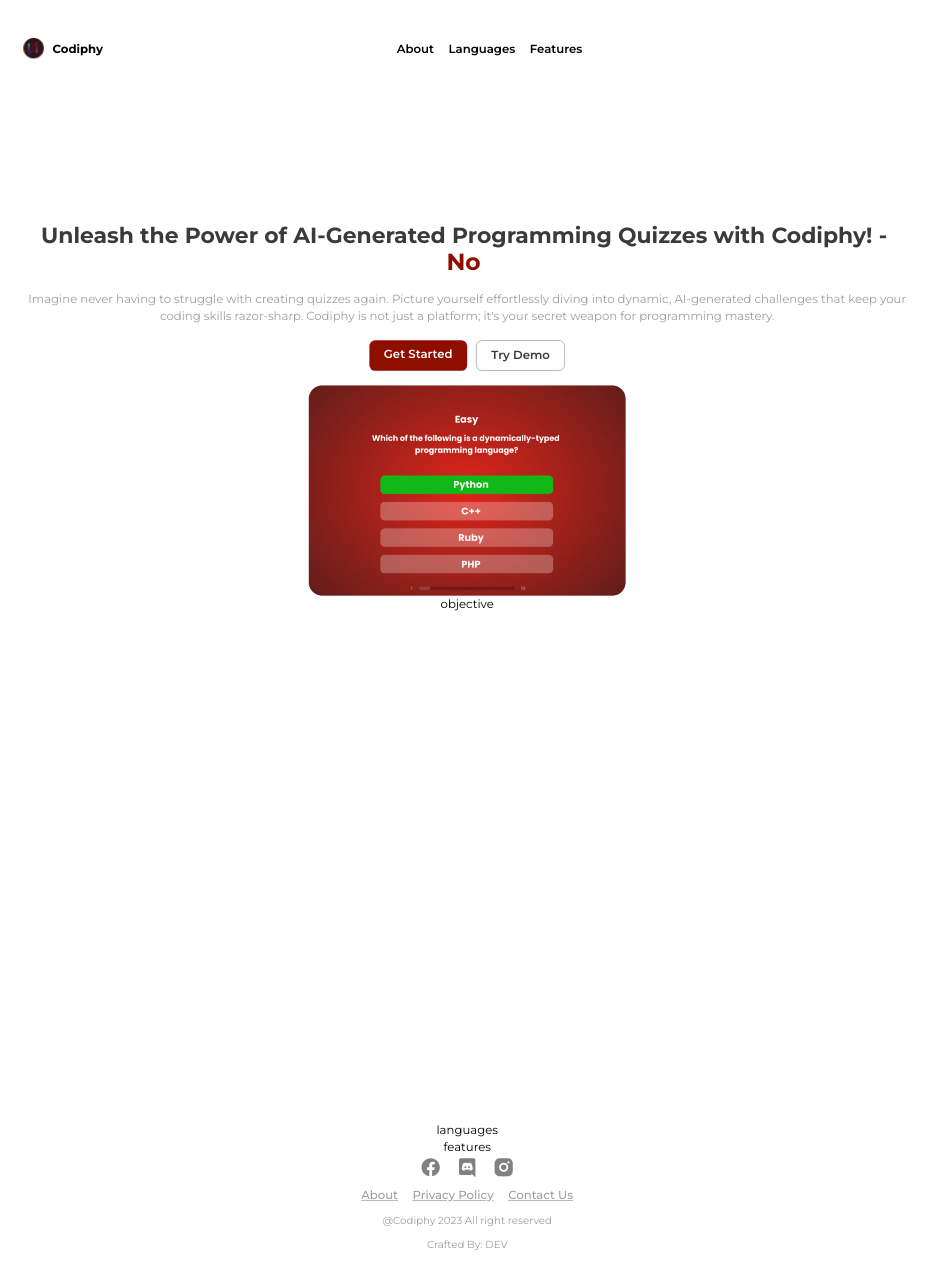
Repository: ddextroo/codiphy
Page: /
These files come from the project's save history. The page is drawn as it stood at one moment and after the next save; the edit follows.
The browser window is 1280 px wide. The pictures show the whole page, at 73% of full size.
The project was rebuilt for these pictures with package versions that can differ from the ones it lists, and the page was loaded fresh each time. Also part of the build but not shown: vite.config.js, src/pages/auth/login.jsx, src/pages/quiz/demo/demo.jsx.

Above is the page before, as saved 2023-12-07 23:51:12.

### index.html
<!doctype html>
<html lang="en">
  <head>
    <meta charset="UTF-8" />
    <link rel="icon" type="image/svg+xml" href="/src/assets/logo.png" />
    <meta name="viewport" content="width=device-width, initial-scale=1.0" />
    <title>Codiphy</title>
  </head>
  <body>
    <div id="root"></div>
    <script type="module" src="/src/main.jsx"></script>
  </body>
</html>

### src/main.jsx
import React from 'react'
import ReactDOM from 'react-dom/client'
import App from './App.jsx'
import Login from './pages/auth/login.jsx'
import Demo from './pages/quiz/demo/demo.jsx'
import './index.css'
import {
  createBrowserRouter,
  RouterProvider,
} from "react-router-dom";
import "./index.css";
const router = createBrowserRouter([
  {
    path: "/",
    element: <App />,
    errorElement: <Error />,
  },
  {
    path: "/login",
    element: <Login />,
    errorElement: <Error />,
  },
  {
    path: "/demo",
    element: <Demo />,
    errorElement: <Error />,
  },
]);


ReactDOM.createRoot(document.getElementById("root")).render(
  <React.StrictMode>
    <RouterProvider router={router} />
  </React.StrictMode>
);

### src/App.jsx
// Importing modules
import React, { useState, useEffect } from "react";
import "./App.css";
import Nav from './pages/landing/nav';
import Hero from './pages/landing/hero';
import Objective from './pages/landing/objective';
import Languages from './pages/landing/languages';
import Features from './pages/landing/features';
import Footer from './pages/landing/footer';

function App() {

  return (
    <div className="App font-montserrat">
      <header className="App-header h-40 md:h-16">
        <Nav/>
      </header>
      <Hero/>
      <Objective/>
      <Languages/>
      <Features/>
      <Footer/>
    </div>
  );
}

export default App;

### src/index.css
@import url('https://fonts.googleapis.com/css2?family=Montserrat:wght@300;400;500;600;700&display=swap');
@tailwind base;
@tailwind components;
@tailwind utilities;


@layer base {
  html {
    @apply scroll-smooth;
  }

}

body {
  margin: 0;
  font-family: -apple-system, BlinkMacSystemFont, 'Segoe UI', 'Roboto', 'Oxygen',
    'Ubuntu', 'Cantarell', 'Fira Sans', 'Droid Sans', 'Helvetica Neue',
    sans-serif;
  -webkit-font-smoothing: antialiased;
  -moz-osx-font-smoothing: grayscale;
}

code {
  font-family: source-code-pro, Menlo, Monaco, Consolas, 'Courier New',
    monospace;
}

### src/App.css
#root {
  max-width: 1280px;
  margin: 0 auto;
  padding: 2rem;
  text-align: center;
}

.logo {
  height: 6em;
  padding: 1.5em;
  will-change: filter;
  transition: filter 300ms;
}
.logo:hover {
  filter: drop-shadow(0 0 2em #646cffaa);
}
.logo.react:hover {
  filter: drop-shadow(0 0 2em #61dafbaa);
}

@keyframes logo-spin {
  from {
    transform: rotate(0deg);
  }
  to {
    transform: rotate(360deg);
  }
}

@media (prefers-reduced-motion: no-preference) {
  a:nth-of-type(2) .logo {
    animation: logo-spin infinite 20s linear;
  }
}

.card {
  padding: 2em;
}

.read-the-docs {
  color: purple;
}

### src/pages/landing/nav.jsx
import { useState } from "react";
import Hamburger from "hamburger-react";
import Logo from "./../../assets/logo.png";

function nav() {
  const [isOpen, setOpen] = useState(false);

  return (
    <nav>
      <div className="flex flex-row justify-between space-x-5">
        <div className="font-bold flex flex-row items-end justify-end gap-3">
          <img src={Logo} className="w-7 h-7"></img>
          Codiphy
        </div>
        <div className="hidden justify-center space-x-5 md:flex md:flex-row items-end">
          <div className="font-semibold cursor-pointer hover:text-colorAccent">
            About
          </div>
          <div className="font-semibold cursor-pointer hover:text-colorAccent">
            Languages
          </div>
          <div className="font-semibold cursor-pointer hover:text-colorAccent">
            Features
          </div>
        </div>
        <div className="visible md:invisible">
          <Hamburger
            size={20}
            color="#3a3a3a"
            toggled={isOpen}
            toggle={setOpen}
            easing="ease-in"
          />
        </div>
      </div>
    </nav>
  );
}

export default nav;

### src/pages/landing/hero.jsx
import React from "react";
import Preview from "./../../assets/hero_preview.png";
import { Outlet, Link } from "react-router-dom";
import { TypeAnimation } from 'react-type-animation';


function hero() {
  return (
    <div className="min-h-screen max-h-full flex flex-col justify-end ">
      <div className="flex flex-col justify-center items-center">
        <div className="text-3xl text-primaryDark font-bold mb-5 text-center">
          Unleash the Power of AI-Generated Programming Quizzes with Codiphy!&nbsp;-&nbsp;
          <TypeAnimation
            sequence={[
              // Same substring at the start will only be typed out once, initially
              "Code Made Simple",
              1000, // wait 1s before replacing "Mice" with "Hamsters"
              "Now Enhanced with AI",
            ]}
            wrapper="span"
            speed={30}
            style={{ fontSize: "2rem", display: "inline-block" }}
            repeat={Infinity}
           className="text-colorAccent"/>
        </div>
        <div className="text-ls text-gray">
          Imagine never having to struggle with creating quizzes again. Picture
          yourself effortlessly diving into dynamic, AI-generated challenges
          that keep your coding skills razor-sharp. Codiphy is not just a
          platform; it's your secret weapon for programming mastery.
        </div>
        <div className="flex flex-row space-x-3 mt-5 mb-5">
          <div className="rounded-lg bg-colorAccent text-primaryLight px-5 py-2 font-semibold cursor-pointer">
            <Link to="/login">Get Started</Link>
          </div>
          <div className="rounded-lg bg-primaryLight text-primaryDark border border-solid border-gray px-5 py-2 font-semibold cursor-pointer hover:bg-colorAccent hover:text-primaryLight">
            <Link to="/demo">Try Demo</Link>
          </div>
        </div>
        <img src={Preview} className="w-auto h-72"></img>
      </div>
      <Outlet />
    </div>
  );
}

export default hero;

### src/pages/landing/objective.jsx
import React from 'react'

function objective() {
  return (
    <div className='min-h-screen'>objective</div>
  )
}

export default objective

### src/pages/landing/languages.jsx
import React from 'react'

function languages() {
  return (
    <div>languages</div>
  )
}

export default languages

### src/pages/landing/features.jsx
import React from 'react'

function features() {
  return (
    <div>features</div>
  )
}

export default features

### src/pages/landing/footer.jsx
import React from 'react'
import { RiFacebookCircleFill } from "react-icons/ri";
import { RiDiscordFill } from "react-icons/ri";
import { RiInstagramFill } from "react-icons/ri";

function footer() {
    return (
        <div>
            <div className='flex flex-row justify-center space-x-5'>
                <RiFacebookCircleFill size={30} color='gray'/>
                <RiDiscordFill size={30} color='gray'/>
                <RiInstagramFill size={30} color='gray'/>
            </div>
            <div className='flex flex-row justify-center space-x-5 mt-3'>
                <div className='text-md font-medium underline text-gray cursor-pointer'>About</div>
                <div className='text-md font-medium underline text-gray cursor-pointer'>Privacy Policy</div>
                <div className='text-md font-medium underline text-gray cursor-pointer'>Contact Us</div>
            </div>
            <div className='text-gray text-sm my-3'>@Codiphy 2023 All right reserved</div>
            <div className='text-gray text-sm my-3'>Crafted By: DEV</div>
        </div>

    )
}

export default footer

### tailwind.config.js
const withMT = require("@material-tailwind/react/utils/withMT");

module.exports = withMT({
  content: [
    './src/**/*.{js,jsx,ts,tsx}',
  ],
  theme: {
    extend:
    {
      fontFamily: {
        'montserrat': ['Montserrat', 'sans-serif'],
      },
      colors: {
        'primaryDark': '#3A3A3A',
        'primaryLight': '#FEFEFE',
        'colorAccent': '#8E0E00',
        'gray': '#9E9E9E',
      },
    },
  },
  plugins: [],
});

After the next save:
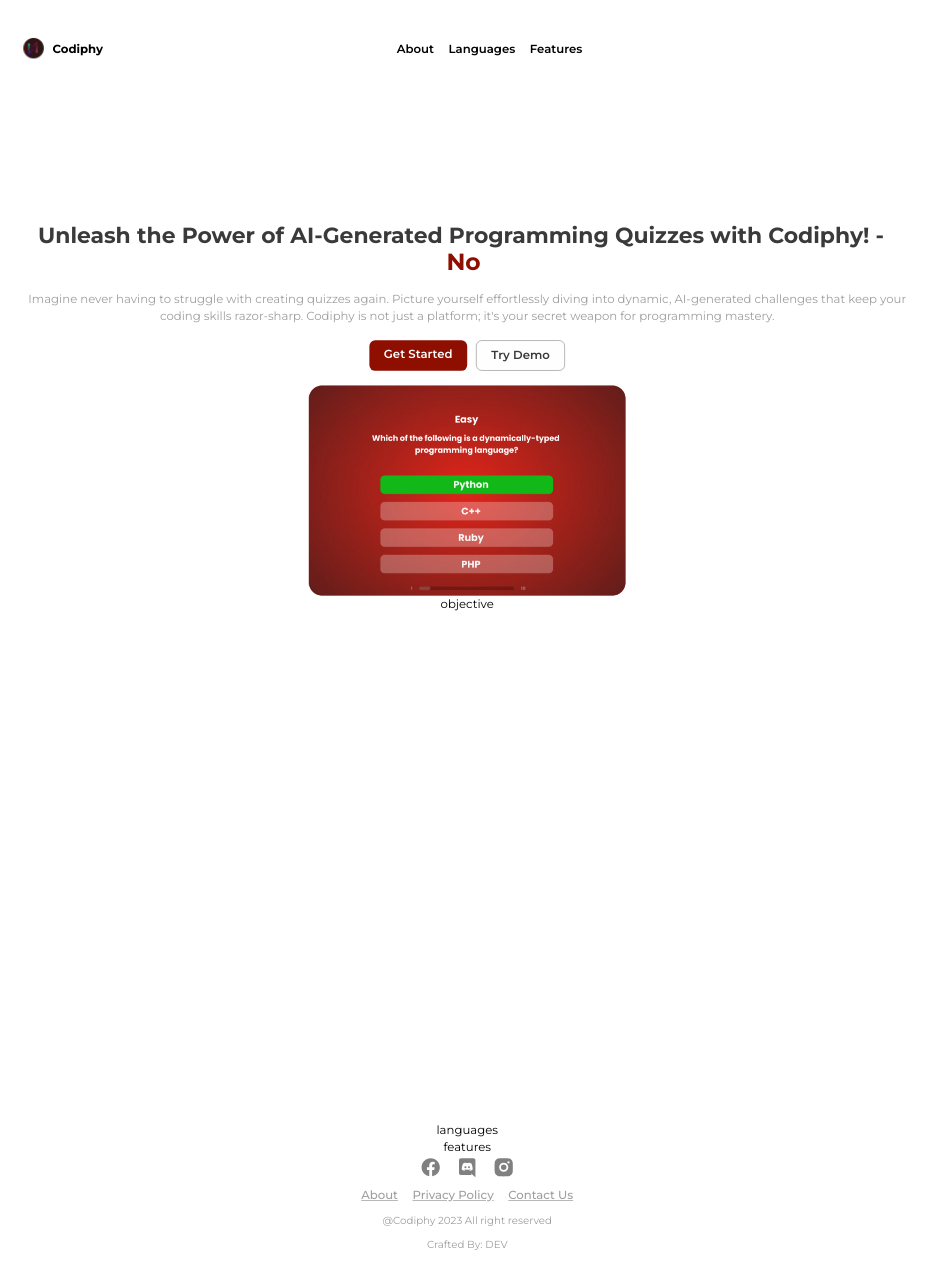
Saved 6 s later.
--- a/src/pages/landing/hero.jsx
+++ b/src/pages/landing/hero.jsx
@@ -9,7 +9,7 @@
     <div className="min-h-screen max-h-full flex flex-col justify-end ">
       <div className="flex flex-col justify-center items-center">
         <div className="text-3xl text-primaryDark font-bold mb-5 text-center">
-          Unleash the Power of AI-Generated Programming Quizzes with Codiphy!&nbsp;-&nbsp;
+          Unleash the Power of AI-Generated Programming Quizzes with Codiphy!&nbsp;-&nbsp;&nbsp;
           <TypeAnimation
             sequence={[
               // Same substring at the start will only be typed out once, initially
